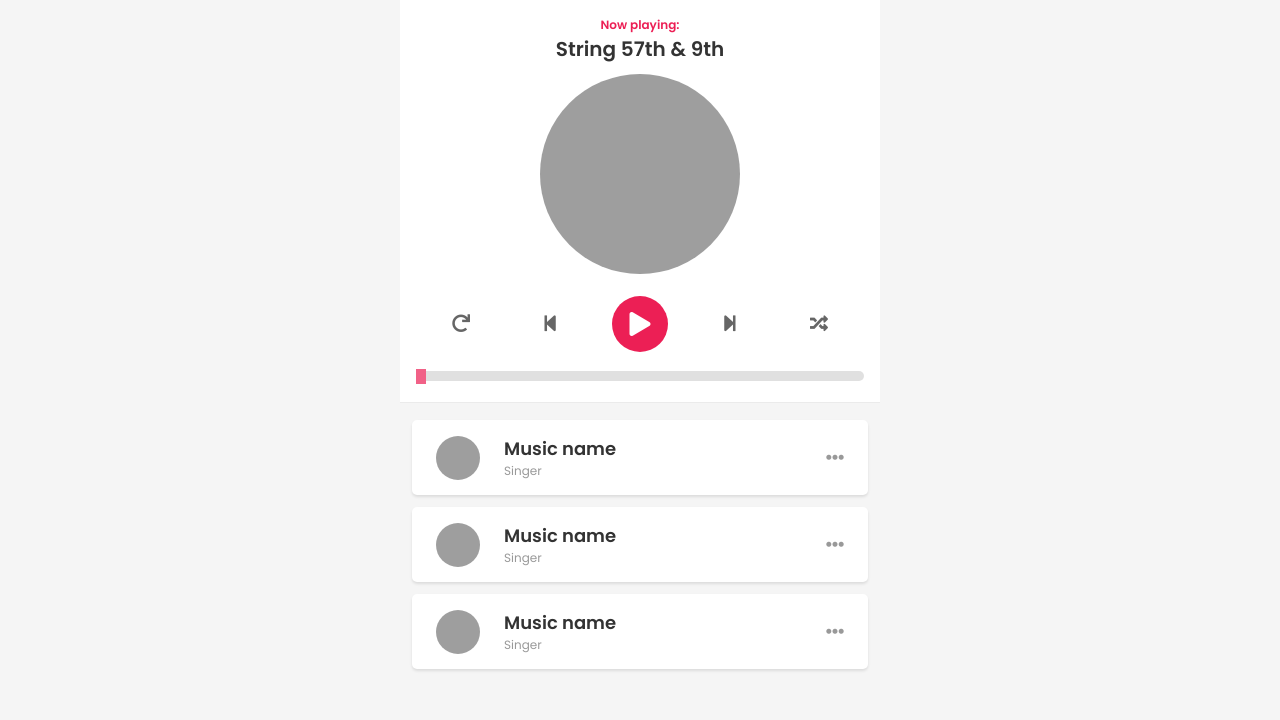
Repository: vandat598/musicPlayer
Page: index.html
These files come from the project's save history. The page is drawn as it stood at one moment and after the next save; the edit follows.
The browser window is 1280 px wide. The pictures show the whole page.
Pictures or frames that could not be fetched are drawn as grey boxes.

Above is the page before, as saved 2022-06-23 17:05:27.

### index.html
<!DOCTYPE html>
<html lang="en">
    <head>
        <meta charset="UTF-8" />
        <meta name="viewport" content="width=device-width, initial-scale=1.0" />
        <title>Music player</title>
        <link
            rel="stylesheet"
            href="https://cdnjs.cloudflare.com/ajax/libs/font-awesome/5.15.2/css/all.min.css"
            integrity="sha512-HK5fgLBL+xu6dm/Ii3z4xhlSUyZgTT9tuc/hSrtw6uzJOvgRr2a9jyxxT1ely+B+xFAmJKVSTbpM/CuL7qxO8w=="
            crossorigin="anonymous"
        />
        <link rel="preconnect" href="https://fonts.gstatic.com" />
        <link
            href="https://fonts.googleapis.com/css2?family=Poppins:wght@300;400;600&display=swap"
            rel="stylesheet"
        />
        <link rel="stylesheet" href="./assets/css/style.css" />
        <link rel="stylesheet" href="./main.js" />
    </head>
    <body>
        <div class="player">
            <!-- Dashboard -->
            <div class="dashboard">
                <!-- Header -->
                <header>
                    <h4>Now playing:</h4>
                    <h2>String 57th & 9th</h2>
                </header>

                <!-- CD -->
                <div class="cd">
                    <div
                        class="cd-thumb"
                        style="
                            background-image: url('https://i.ytimg.com/vi/jTLhQf5KJSc/maxresdefault.jpg');
                        "
                    ></div>
                </div>

                <!-- Control -->
                <div class="control">
                    <div class="btn btn-repeat">
                        <i class="fas fa-redo"></i>
                    </div>
                    <div class="btn btn-prev">
                        <i class="fas fa-step-backward"></i>
                    </div>
                    <div class="btn btn-toggle-play">
                        <i class="fas fa-pause icon-pause"></i>
                        <i class="fas fa-play icon-play"></i>
                    </div>
                    <div class="btn btn-next">
                        <i class="fas fa-step-forward"></i>
                    </div>
                    <div class="btn btn-random">
                        <i class="fas fa-random"></i>
                    </div>
                </div>

                <input
                    id="progress"
                    class="progress"
                    type="range"
                    value="0"
                    step="1"
                    min="0"
                    max="100"
                />

                <audio id="audio" src=""></audio>
            </div>

            <!-- Playlist -->
            <div class="playlist">
                <div class="song">
                    <div
                        class="thumb"
                        style="
                            background-image: url('https://i.ytimg.com/vi/jTLhQf5KJSc/maxresdefault.jpg');
                        "
                    ></div>
                    <div class="body">
                        <h3 class="title">Music name</h3>
                        <p class="author">Singer</p>
                    </div>
                    <div class="option">
                        <i class="fas fa-ellipsis-h"></i>
                    </div>
                </div>
                <div class="song">
                    <div
                        class="thumb"
                        style="
                            background-image: url('https://i.ytimg.com/vi/jTLhQf5KJSc/maxresdefault.jpg');
                        "
                    ></div>
                    <div class="body">
                        <h3 class="title">Music name</h3>
                        <p class="author">Singer</p>
                    </div>
                    <div class="option">
                        <i class="fas fa-ellipsis-h"></i>
                    </div>
                </div>
                <div class="song">
                    <div
                        class="thumb"
                        style="
                            background-image: url('https://i.ytimg.com/vi/jTLhQf5KJSc/maxresdefault.jpg');
                        "
                    ></div>
                    <div class="body">
                        <h3 class="title">Music name</h3>
                        <p class="author">Singer</p>
                    </div>
                    <div class="option">
                        <i class="fas fa-ellipsis-h"></i>
                    </div>
                </div>
            </div>
        </div>
    </body>
</html>

### assets/css/style.css
:root {
  --primary-color: #ec1f55;
  --text-color: #333;
}

* {
  padding: 0;
  margin: 0;
  box-sizing: inherit;
}

body {
  background-color: #f5f5f5;
}

html {
  box-sizing: border-box;
  font-family: 'Poppins', sans-serif;
}

.player {
  position: relative;
  max-width: 480px;
  margin: 0 auto;
}

.player .icon-pause {
  display: none;
}

.player.playing .icon-pause {
  display: inline-block;
}

.player.playing .icon-play {
  display: none;
}

.dashboard {
  padding: 16px 16px 14px;
  background-color: #fff;
  position: fixed;
  top: 0;
  width: 100%;
  max-width: 480px;
  border-bottom: 1px solid #ebebeb;
}

/* HEADER */
header {
  text-align: center;
  margin-bottom: 10px;
}

header h4 {
  color: var(--primary-color);
  font-size: 12px;
}

header h2 {
  color: var(--text-color);
  font-size: 20px;
}

/* CD */
.cd {
  display: flex;
  margin: auto;
  width: 200px;
}

.cd-thumb {
  width: 100%;
  padding-top: 100%;
  border-radius: 50%;
  background-color: #333;
  background-size: cover;
  margin: auto;
}

/* CONTROL */
.control {
  display: flex;
  align-items: center;
  justify-content: space-around;
  padding: 18px 0 8px 0;
}

.control .btn {
  color: #666;
  padding: 18px;
  font-size: 18px;
  cursor: pointer;
}
/* .control .btn:hover {
  background-color: rgb(192, 188, 188);
  border-radius: 30%;
} */

.control .btn.active {
  color: var(--primary-color);
}

.control .btn-toggle-play {
  width: 56px;
  height: 56px;
  border-radius: 50%;
  font-size: 24px;
  color: #fff;
  display: flex;
  align-items: center;
  justify-content: center;
  background-color: var(--primary-color);
}

.progress {
  width: 100%;
  -webkit-appearance: none;
  height: 10px;
  background: #d3d3d3;
  outline: none;
  opacity: 0.7;
  -webkit-transition: 0.2s;
  transition: opacity 0.2s;
  border-radius: 30px;
}

.progress::-webkit-slider-thumb {
  -webkit-appearance: none;
  appearance: none;
  width: 10px;
  height: 15px;
  background-color: var(--primary-color);
  cursor: pointer;
}

/* PLAYLIST */
.playlist {
  margin-top: 408px;
  padding: 12px;
}

.song {
  display: flex;
  align-items: center;
  margin-bottom: 12px;
  background-color: #fff;
  padding: 8px 16px;
  border-radius: 5px;
  box-shadow: 0 2px 3px rgba(0, 0, 0, 0.1);
  cursor: pointer;
}

.song.active {
  background-color: var(--primary-color);
}

.song:active {
  opacity: 0.8;
}

.song.active .option,
.song.active .author,
.song.active .title {
  color: #fff;
}

.song .thumb {
  width: 44px;
  height: 44px;
  border-radius: 50%;
  background-size: cover;
  margin: 0 8px;
}

.song .body {
  flex: 1;
  padding: 0 16px;
}

.song .title {
  font-size: 18px;
  color: var(--text-color);
}

.song .author {
  font-size: 12px;
  color: #999;
}

.song .option {
  padding: 16px 8px;
  color: #999;
  font-size: 18px;
}

### main.js
/*
        done 1. Render songs
        done 2. Scroll top
        3. Play / pause / seek
        4. CD rotate
        5. Next / prev
        6. Random
        7. Next / repeat when ended
        8. Active song
        9. Scroll active song into view
        10. play song when click
      */

const $ = document.querySelector.bind(document);
const $$ = document.querySelectorAll.bind(document);

const PLAYER_STORAGE_KEY = 'f8-player';

const player = $('.player');
const cd = $('.cd');
const heading = $('header h2');
const cdThumb = $('.cd-thumb');
const audio = $('#audio');
const playBtn = $('.btn-toggle-play');
const progress = $('#progress');
const nextBtn = $('.btn-next');
const prevBtn = $('.btn-prev');
const randomBtn = $('.btn-random');
let played = [];
const repeatBtn = $('.btn-repeat');
const playList = $('.playlist');

const app = {
    currentIndex: 0,
    isPlaying: false,
    isRandom: false,
    isRepeat: false,
    config: JSON.parse(localStorage.getItem(PLAYER_STORAGE_KEY)) || {},
    songs: [
        {
            name: 'Cơn Mưa Ngang Qua',
            singer: 'Sơn Tùng MTP',
            path: './assets/music/ConMuaNgangQua SonTungMTP 2782444.mp3',
            image: './assets/img/MTP.png',
        },
        {
            name: 'Come Back For You',
            singer: 'Elephante',
            path: './assets/music/Elephante  Come Back For You feat Matluck.mp3',
            image: './assets/img/comBackForYou.png',
        },
        {
            name: 'Kill Em With Kindness',
            singer: 'Unknown',
            path: './assets/music/Kill Em With Kindness  Remix   Nhạc Tik Tok Gây Nghiện.mp3',
            image: './assets/img/KillEmWithKindness.png',
        },
        {
            name: 'Temple',
            singer: 'Liu Zerky',
            path: './assets/music/Temple  Liu  Zerky  Nhạc Nền Cực Hot TikTok Trung Quốc Gây Nghiện  Douyin抖音.mp3',
            image: './assets/img/Temple.png',
        },
        {
            name: 'As Long As You Love Me - Remix',
            singer: 'Justin Bieber',
            path: './assets/music/As Long As You Love Me  Justin Bieber.mp3',
            image: './assets/img/As_Long_As_You_Love_Me_(feat._Big_Sean)_-_Single.jpg',
        },
    ],
    setConfig(key, value) {
        this.config[key] = value;
        localStorage.setItem(PLAYER_STORAGE_KEY, JSON.stringify(this.config));
    },
    render() {
        const htmls = this.songs.map((song, index) => {
            return `
                <div class="song ${
                    index === this.currentIndex ? 'active' : ''
                }" data-index="${index}">
                  <div class="thumb" style="background-image: url('${
                      song.image
                  }')">
                  </div>
                  <div class="body">
                    <h3 class="title">${song.name}</h3>
                    <p class="author">${song.singer}</p>
                  </div>
                  <div class="option">
                    <i class="fa fa-ellipsis-h"></i>
                  </div>
                </div>
              `;
        });
        playList.innerHTML = htmls.join('');
    },
    defineProperties() {
        // Search google xem sytax defineProperty
        Object.defineProperty(this, 'currentSong', {
            get() {
                return this.songs[this.currentIndex];
            },
        });
    },
    handleEvent() {
        const _this = this;
        const cdWidth = cd.offsetWidth;

        // xử lý CD quay / dừng
        const cdThumbAnimate = cdThumb.animate(
            [{ transform: 'rotate(360deg)' }],
            {
                duration: 10000,
                iterations: Infinity,
            }
        );
        cdThumbAnimate.pause();

        // handle scroll
        document.onscroll = function () {
            const scrollTop =
                window.scrollY || document.documentElement.scrollTop;

            const newCdWidth = cdWidth - scrollTop;

            cd.style.width = newCdWidth > 0 ? newCdWidth + 'px' : 0;
            cd.style.opacity = newCdWidth / cdWidth;
        };

        // handle click play button

        playBtn.onclick = function () {
            if (_this.isPlaying) {
                audio.pause();
            } else {
                audio.play();
            }
        };

        // Khi song được play
        audio.onplay = function () {
            _this.isPlaying = true;
            player.classList.add('playing');
            cdThumbAnimate.play();
            _this.render();
            _this.scrollToActiveSong();
        };

        // Khi song pause
        audio.onpause = function () {
            _this.isPlaying = false;
            player.classList.remove('playing');
            cdThumbAnimate.pause();
        };

        // Khi tiến độ bài hát thay đổi
        audio.ontimeupdate = function () {
            if (audio.duration) {
                const progressPercent = Math.floor(
                    (audio.currentTime / audio.duration) * 100
                );
                progress.value = progressPercent;
            }
        };

        // Xử lý khi tua bài hát
        progress.oninput = function (e) {
            const seekTime = (audio.duration / 100) * e.target.value;
            audio.currentTime = seekTime;
        };

        // Next song
        nextBtn.onclick = function () {
            if (_this.isRandom) {
                _this.playRandomSong();
            } else {
                _this.nextSong();
            }
            audio.play();
        };
        // Prev song
        prevBtn.onclick = function () {
            if (_this.isRandom) {
                _this.playRandomSong();
            } else {
                _this.prevSong();
            }
            audio.play();
        };

        // Random button
        randomBtn.onclick = function () {
            _this.isRandom = !_this.isRandom;
            _this.setConfig('isRandom', _this.isRandom);
            // method toggle, khi đối số t2 là true thì sẽ add class, còn false thì remove class
            randomBtn.classList.toggle('active', _this.isRandom);
        };

        // Xử lý lặp lại song
        repeatBtn.onclick = function (e) {
            _this.isRepeat = !_this.isRepeat;
            _this.setConfig('isRepeat', _this.isRepeat);
            repeatBtn.classList.toggle('active', _this.isRepeat);
        };

        // Xử lý next song khi audio ended
        audio.onended = function () {
            if (_this.isRandom) {
                _this.playRandomSong();
            }
            if (_this.isRepeat) {
                audio.play();
            } else {
                nextBtn.click();
            }
        };

        // Lắng nghe event click vào playlist
        playList.onclick = function (e) {
            const songNode = e.target.closest('.song:not(.active)');
            const optionSong = e.target.closest('.option');
            if (optionSong) {
                console.log('second');
                console.log(e.target);
            } else if (songNode) {
                console.log('first');
                _this.currentIndex = Number(songNode.dataset.index);
                _this.loadCurrentSong();
                _this.render();
                audio.play();
            }
        };
    },
    scrollToActiveSong() {
        setTimeout(() => {
            if (this.currentIndex === (0 || 1 || 2)) {
                $('.song.active').scrollIntoView({
                    behavior: 'smooth',
                    block: 'center',
                });
            } else {
                $('.song.active').scrollIntoView({
                    behavior: 'smooth',
                    block: 'nearest',
                });
            }
        }, 300);
    },
    loadCurrentSong() {
        heading.textContent = this.currentSong.name;
        cdThumb.style.backgroundImage = `url('${this.currentSong.image}')`;
        audio.src = this.currentSong.path;
    },
    loadConfig() {
        this.isRandom = this.config.isRandom;
        this.isRepeat = this.config.isRepeat;
    },
    nextSong() {
        this.currentIndex++;
        if (this.currentIndex >= this.songs.length) {
            this.currentIndex = 0;
        }
        this.loadCurrentSong();
    },
    prevSong() {
        this.currentIndex--;
        if (this.currentIndex < 0) {
            this.currentIndex = this.songs.length - 1;
        }
        this.loadCurrentSong();
    },
    playRandomSong() {
        let newIndex;
        do {
            newIndex = Math.floor(Math.random() * this.songs.length);
            if (played.length === this.songs.length) {
                played = [];
            }
        } while (
            newIndex === this.currentIndex ||
            played.some(value => value === newIndex)
        );
        played.push(newIndex);
        this.currentIndex = newIndex;
        this.loadCurrentSong();
        console.log(played);
    },

    start() {
        // Gán cấu hình từ config localStorage vào project
        this.loadConfig();

        // Định nghĩa các thuộc tính cho object
        this.defineProperties();

        // xử lý các sự kiện
        this.handleEvent();

        // Tải info bài hát đầu tiên vào UI khi run app
        this.loadCurrentSong();

        // Render playlist
        this.render();

        randomBtn.classList.toggle('active', this.isRandom);
        repeatBtn.classList.toggle('active', this.isRepeat);
    },
};

app.start();

After the next save:
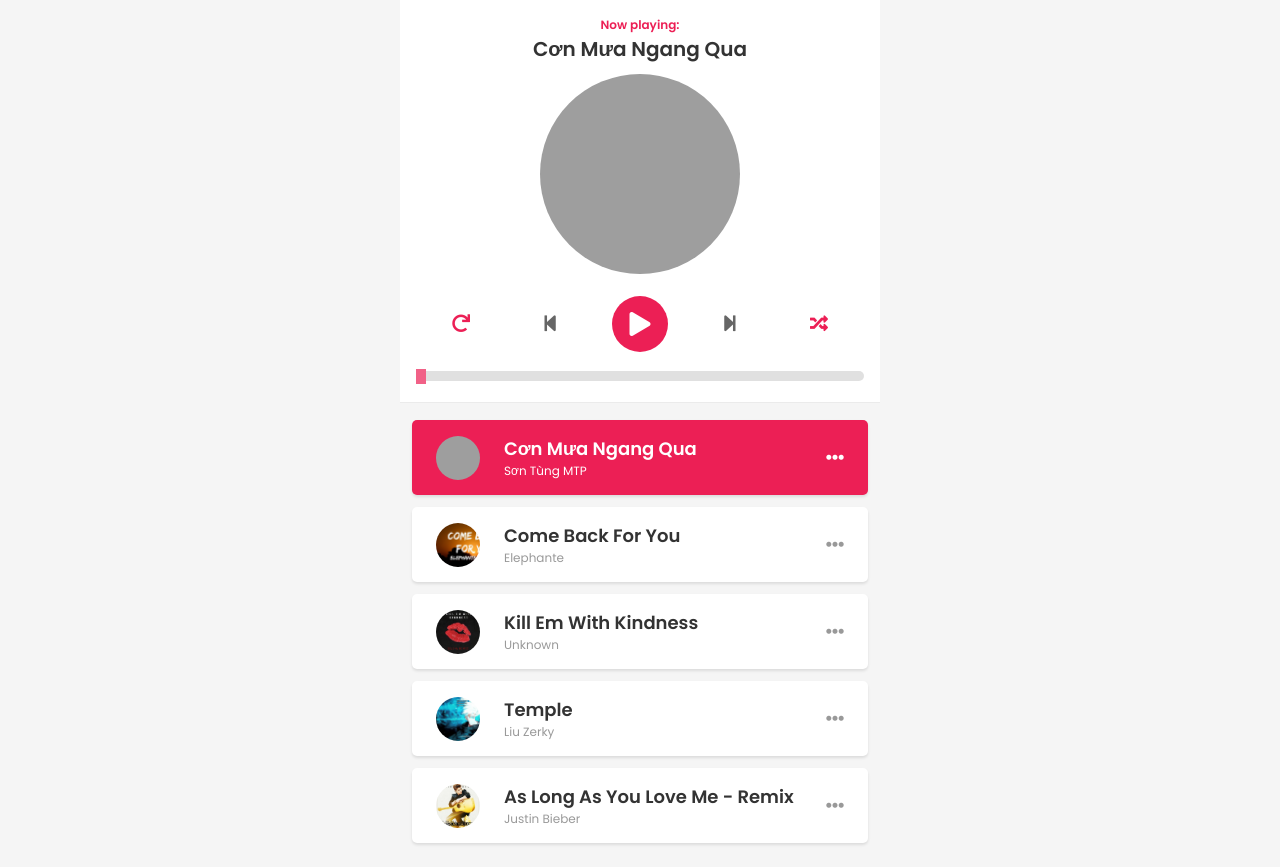
Saved 86 s later.
--- a/index.html
+++ b/index.html
@@ -16,7 +16,6 @@
             rel="stylesheet"
         />
         <link rel="stylesheet" href="./assets/css/style.css" />
-        <link rel="stylesheet" href="./main.js" />
     </head>
     <body>
         <div class="player">
@@ -120,5 +119,7 @@
                 </div>
             </div>
         </div>
+
+        <script src="./main.js"></script>
     </body>
 </html>

After the save that followed:
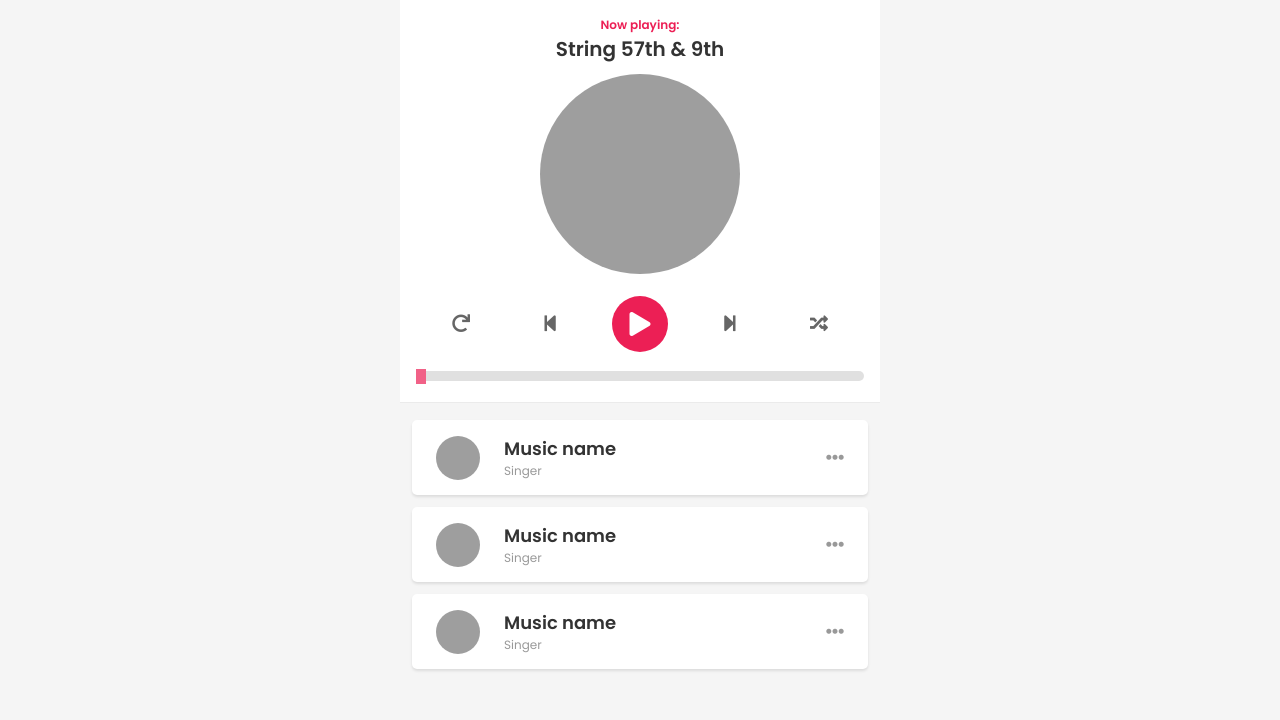
Console error: TypeError: Cannot read properties of null (reading 'offsetWidth')
Saved 7 s later.
--- a/index.html
+++ b/index.html
@@ -16,6 +16,7 @@
             rel="stylesheet"
         />
         <link rel="stylesheet" href="./assets/css/style.css" />
+        <script src="./main.js"></script>
     </head>
     <body>
         <div class="player">
@@ -119,7 +120,5 @@
                 </div>
             </div>
         </div>
-
-        <script src="./main.js"></script>
     </body>
 </html>
